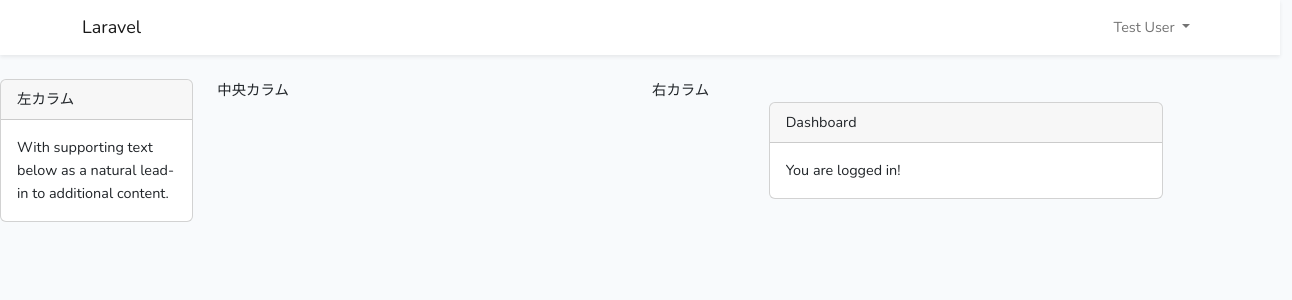
Repository: OkunoTaichi/laravel-simple-memo
Page: http://localhost/home
These files come from the project's save history. The page is drawn as it stood at one moment and after the next save; the edit follows.
The browser window is 1280 px wide. The page is 1292 px wide, so the pictures cover 1292 px, including what lies to the right of the window. The pictures show the whole page.
The page is served by the project's Laravel application, run on PHP 8.4 with Laravel 8. A made-up administrator, Test User (test@example.com), is signed in. Other server files are loaded and not shown. Queries for data that is not in the repository find no rows.

Above is the page before, as saved 2022-11-09 18:43:19.

### app/Providers/AppServiceProvider.php
<?php

namespace App\Providers;

use Illuminate\Support\ServiceProvider;
use App\Models\Memo;

class AppServiceProvider extends ServiceProvider
{
    /**
     * Register any application services.
     *
     * @return void
     */
    public function register()
    {
        //
    }

    /**
     * Bootstrap any application services.
     *
     * @return void
     */
    public function boot()
    {
        // 全てのメソッドが呼ばれる前より先に呼ばれるメソッド
        view()->composer('*' , function($view){
            $memos = Memo::select('memos.*')
                ->where('user_id', '=' , \Auth::id())//ユーザーIDとログインしているIDが同じもので
                ->whereNull('deleted_at')//デリートの履歴がないもので
                ->orderBy('updated_at', 'DESC')//アップデートされた日時が新しいものから
                ->get();// DBに架空のデータを作成し、上記の項目が正しくできているか確認する。

            $view->with('memos', $memos);
        });

    }
}

### resources/views/layouts/app.blade.php
<!doctype html>
<html lang="{{ str_replace('_', '-', app()->getLocale()) }}">
<head>
    <meta charset="utf-8">
    <meta name="viewport" content="width=device-width, initial-scale=1">

    <!-- CSRF Token -->
    <meta name="csrf-token" content="{{ csrf_token() }}">

    <title>{{ config('app.name', 'Laravel') }}</title>

    <!-- Scripts -->
    <script src="{{ asset('js/app.js') }}" defer></script>

    <!-- Fonts -->
    <link rel="dns-prefetch" href="//fonts.gstatic.com">
    <link href="https://fonts.googleapis.com/css?family=Nunito" rel="stylesheet">

    <!-- Styles -->
    <link href="{{ asset('css/app.css') }}" rel="stylesheet">
</head>
<body>
    <div id="app">
        <nav class="navbar navbar-expand-md navbar-light bg-white shadow-sm">
            <div class="container">
                <a class="navbar-brand" href="{{ url('/') }}">
                    {{ config('app.name', 'Laravel') }}
                </a>
                <button class="navbar-toggler" type="button" data-bs-toggle="collapse" data-bs-target="#navbarSupportedContent" aria-controls="navbarSupportedContent" aria-expanded="false" aria-label="{{ __('Toggle navigation') }}">
                    <span class="navbar-toggler-icon"></span>
                </button>

                <div class="collapse navbar-collapse" id="navbarSupportedContent">
                    <!-- Left Side Of Navbar -->
                    <ul class="navbar-nav me-auto">

                    </ul>

                    <!-- Right Side Of Navbar -->
                    <ul class="navbar-nav ms-auto">
                        <!-- Authentication Links -->
                        @guest
                            @if (Route::has('login'))
                                <li class="nav-item">
                                    <a class="nav-link" href="{{ route('login') }}">{{ __('Login') }}</a>
                                </li>
                            @endif

                            @if (Route::has('register'))
                                <li class="nav-item">
                                    <a class="nav-link" href="{{ route('register') }}">{{ __('Register') }}</a>
                                </li>
                            @endif
                        @else
                            <li class="nav-item dropdown">
                                <a id="navbarDropdown" class="nav-link dropdown-toggle" href="#" role="button" data-bs-toggle="dropdown" aria-haspopup="true" aria-expanded="false" v-pre>
                                    {{ Auth::user()->name }}
                                </a>

                                <div class="dropdown-menu dropdown-menu-end" aria-labelledby="navbarDropdown">
                                    <a class="dropdown-item" href="{{ route('logout') }}"
                                       onclick="event.preventDefault();
                                                     document.getElementById('logout-form').submit();">
                                        {{ __('Logout') }}
                                    </a>

                                    <form id="logout-form" action="{{ route('logout') }}" method="POST" class="d-none">
                                        @csrf
                                    </form>
                                </div>
                            </li>
                        @endguest
                    </ul>
                </div>
            </div>
        </nav>

        <!-- 3カラムに変更 -->
        <main class="py-4">
            <div class="row">
                <div class="col-md-2">
                    <div class="card">
                        <div class="card-header">左カラム</div>
                        <div class="card-body">
                            <p class="card-text">With supporting text below as a natural lead-in to additional content.</p>
                        </div>
                    </div>
                </div>
                <div class="col-md-4">
                    中央カラム
                </div>
                <div class="col-md-6">
                    右カラム
                    @yield('content')
                </div>
            </div>
        </main>
    </div>
</body>
</html>

Loaded but not shown: routes/web.php (common file); app/Http/Controllers/Auth/ConfirmPasswordController.php (common file); app/Http/Controllers/Controller.php (common file); app/Models/User.php (common file); app/Http/Controllers/HomeController.php (common file); app/Models/Memo.php (common file); resources/views/home.blade.php (common file); public/css/app.css (library)

After the next save:
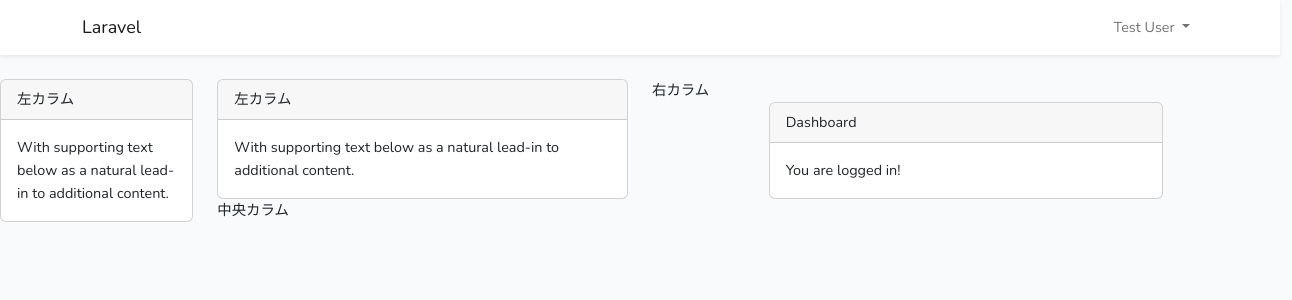
Saved 9 s later.
--- a/resources/views/layouts/app.blade.php
+++ b/resources/views/layouts/app.blade.php
@@ -87,6 +87,12 @@
                     </div>
                 </div>
                 <div class="col-md-4">
+                    <div class="card">
+                        <div class="card-header">左カラム</div>
+                        <div class="card-body">
+                            <p class="card-text">With supporting text below as a natural lead-in to additional content.</p>
+                        </div>
+                    </div>
                     中央カラム
                 </div>
                 <div class="col-md-6">
